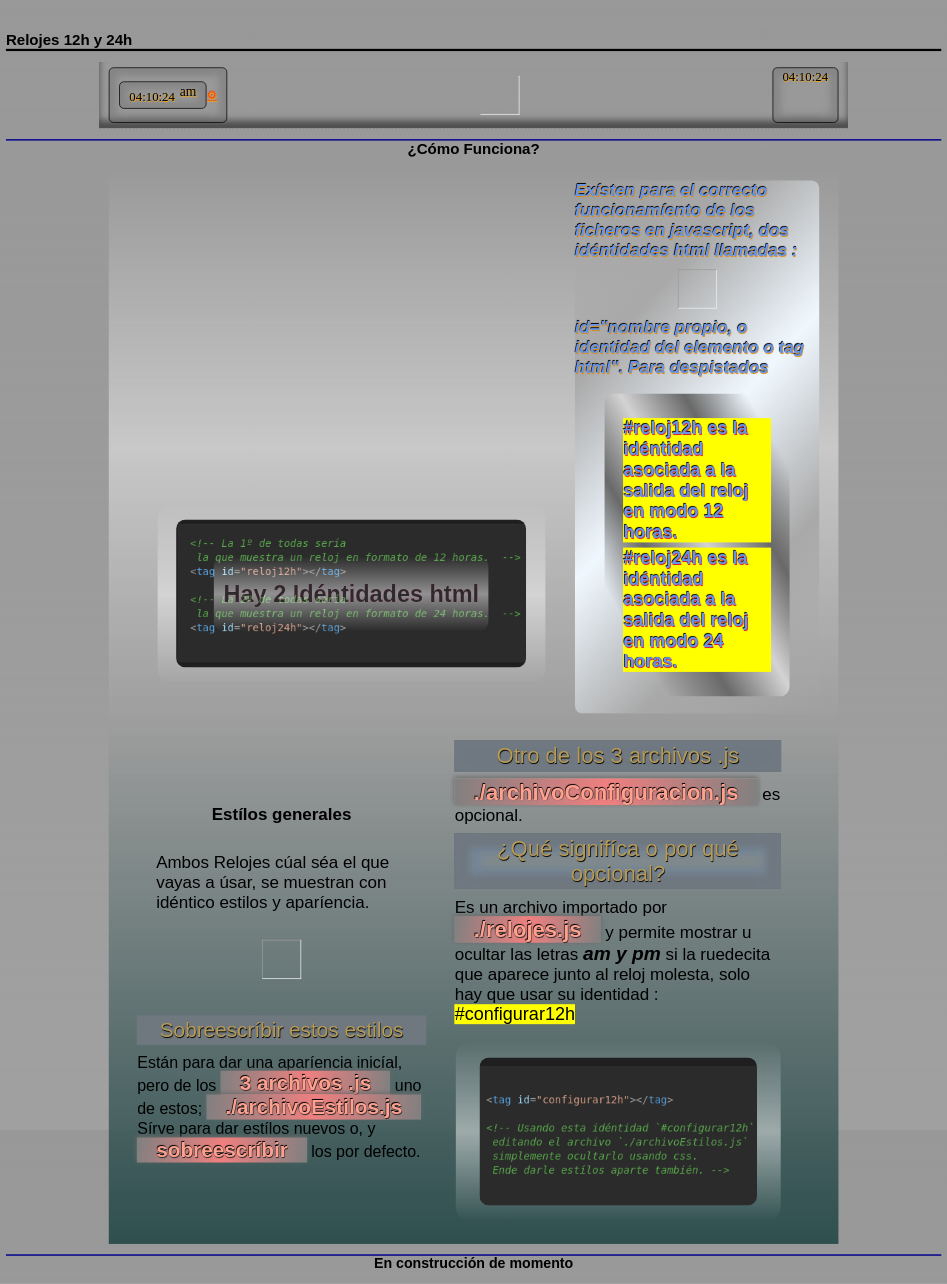
Repository: marcostonfor/clocks
Page: index.html
These files come from the project's save history. The page is drawn as it stood at one moment and after the next save; the edit follows.
The browser window is 1280 px wide. The pictures show the whole page, at 74% of full size.
Some web fonts or font styles are not loaded; a fallback is used.

Above is the page before, as saved 2024-09-19 04:26:26.

### index.html
<!DOCTYPE html>
<html lang="ca-ES, en-US">

<head>
    <meta charset="utf-8">
    <meta name="viewport" content="width=device-width, initial-scale=1">
    <title>relojes</title>
    <style>
        @import url('https://fonts.cdnfonts.com/css/nahista');
        @import url('https://fonts.cdnfonts.com/css/i-ichimaru');
        * {
            box-sizing: border-box;
            font-size: calc(1em * 1.062);
        }

        :root {
           --font-size-standard: calc(1em * 1.30);
        }

        body {
            background-image: repeating-linear-gradient(0deg, hsla(0, 0%, 41%, 0.63) 12%, hsla(0, 0%, 0%, 0.404));
            /* font-family: 'i Ichimaru', sans-serif; */
            font-family: 'Nahista', sans-serif;
        }

        h1 {
            margin-top: 6vh;
            border-bottom: 0.3vw solid black;
        }

        #dosRelojes {
            width: 80%;
            height: auto;
            margin: 2vh auto;
            padding: 1vh 1vw;
            display: flex;
            border-bottom: 0.1vw dashed gray;
            /* box-shadow: inset -0.2vh 0 06px hsl(41, 100%, 50%); */
            box-shadow: inset 0 -10px 10px rgba(0, 0, 0, 0.5);
        }

        summary::marker {
            content: none !important;
        }

        summary {
            cursor: pointer !important;
            color: orangered;
            text-decoration: underline;
            margin: 0.5vh auto;
            font-size: 12pt;
        }

        #caja12h {
            display: flex;
            align-items: center;
            justify-content: stretch;
        }

        hr {
            padding: 2vw;
            width: 3vw;
            height: 2vh !important;
        }

        h2 {
            text-align: center;
            margin-top: 2vh;
            border-top: 0.2vw solid darkblue;
        }

        #identidades_principales {
            display: flex;
            justify-content: space-around;
            align-items: last baseline;
            padding: 2vh 2vw;
            width: 78%;
            margin: auto auto;
            background-image: repeating-linear-gradient(0deg, transparent, hsla(0, 0%, 96%, 0.5), transparent);
            border-radius: 0.755vw;
        }

        .conFoto figure {
            position: relative;
            display: flex;
            align-items: center;
            justify-content: center;
            background-image: repeating-linear-gradient(0deg, transparent, hsla(0, 0%, 96%, 0.5), transparent);
            padding: 3vh 2vw;
            border-radius: 1.6vw;
        }

        .conFoto figure img {
            border-radius: 1vw;
        }

        .conFoto figure figcaption {
            padding: 0vh 1vw;
            position: absolute;
            border-radius: 1vw;
            text-shadow: 0 0 1px hotpink;
            font-size: var(--font-size-standard);
            background-image: repeating-linear-gradient(0deg, transparent, hsla(0, 0%, 96%, 0.5), transparent);
            mix-blend-mode: screen;
        }

        .conFoto p {
            width: 85%;
            margin: 2vh auto;
        }

        .conTexto {
            width: fit-content;
            height: auto;
            color: cornflowerblue;
            font-weight: bold;
            text-shadow: 0.1vh 0.1vw 1px rgb(220, 140, 20), -0.1vh -0.1vw 1px hsl(0, 0%, 0%);
            background-image: repeating-linear-gradient(132deg, transparent, darkgray, aliceblue, darkgray, transparent);
            border-radius: 0.8vw;
        }

        .conTexto blockquote {
            padding: 2vw;
            border-radius: 1vw;
            background-image: linear-gradient(-120deg, transparent 12%, dimgray, lightgray, dimgray, transparent, transparent);
        }

        .conTexto blockquote mark {
            text-shadow: 0.1vh 0.1vw 1px rgb(220, 20, 60), -0.1vh -0.1vw 1px black;
            color: cornflowerblue !important;
            display: block;
            margin: 1vh auto;
        }

        #estilos_generales {
            width: 78%;
            margin: auto auto;
            padding: 1vh 3vw;
            display: flex;
            justify-content: space-around;
            align-items: center;
            background-image: repeating-linear-gradient(0deg, darkslategray, transparent);

        }

        #estilos_generales article h3 {
            text-align: center;
            width: fit-content;
            margin: 3vh auto;
        }

        #textoGeneral {
            padding: 2vh 2vw;
            width: fit-content;
            /* border: 0.2vw solid black; */
            overflow: hidden;
        }

        .hache3 {
            display: block !important;
            text-align: center;
            margin: 1.5vh auto;
            padding: 0.6vh 0vw;
            font-family: 'Nahista', sans-serif;
            font-weight: lighter;
            font-size: var(--font-size-standard);
            color: hsl(43, 39%, 53%);
            text-shadow: 0.1vh 0.1vw 1px black;
            box-shadow: inset 0 0 10px 21px hsla(0, 0%, 41%, 0.5), inset 1vh 0vw 10px 31px hsl(210, 14%, 53%);
        }

        .code_md {
            font-weight: bolder;
            font-size: var(--font-size-standard);
            background-image: repeating-linear-gradient(98deg, gray, hsl(0, 79%, 72%), gray);
            padding: 0.2vh 2vw;
            color: hsl(9, 100%, 78%);
            text-shadow: 0.1vh 0.1vw 1px hsl(0, 0%, 18%), -0.1vh -0.1vw 1px hsl(0, 0%, 0%);
            box-shadow: 0 -1.6px 6px dimgray;
            margin: 1vh auto !important;
        }
    </style>
</head>

<body>
    <header>
        <h1>Relojes 12h y 24h</h1>
        <aside id="dosRelojes">
            <div id="caja12h">
                <div id="reloj12h"></div>
            </div>
            <hr>
            <div id="reloj24h"></div>
        </aside>
        <nav></nav>
    </header>
    <main>
        <h2>¿Cómo Funciona?</h2>
        <section id="identidades_principales">
            <article class="conFoto">
                <figure>
                    <img src="./img/identidadesPrincipales.png" alt="foto de las id principales">
                    <figcaption>
                        <h3>Hay 2 Idéntidades html</h3>
                    </figcaption>
                </figure>
            </article>
            <article class="conTexto">
                <cite>Exísten para el correcto funcionamíento de los ficheros en javascript, dos idéntidades html
                    llamadas :</cite>
                <hr /><cite>id="nombre propio, o identidad del elemento o tag html". Para despistados</cite>
                <blockquote>
                    <mark>#reloj12h es la idéntidad asociada a la salida del reloj en modo 12 horas.</mark>

                    <mark>#reloj24h es la idéntidad asociada a la salida del reloj en modo 24 horas.</mark>
                </blockquote>
            </article>
        </section>
        <section id="estilos_generales">
            <article>
                <h3>Estílos generales</h3>
                <p id="textoGeneral">
                    Ambos Relojes cúal séa el que vayas a úsar, se muestran con idéntico estilos y aparíencia. <br>
                    <hr><br><strong class="hache3">Sobreescríbir estos estilos</strong>
                    Están para dar una aparíencia inicíal, <br> pero de los <span class="code_md">3 archivos .js</span>
                    uno de estos;

                    <span class="code_md">./archivoEstilos.js</span> Sírve para dar estílos nuevos o, y <span
                        class="code_md">sobreescríbir</span> los por defecto.
                </p>
            </article>
            <article class="conFoto">
                <p><strong class="hache3">Otro de los 3 archivos .js</strong>

                    <span class="code_md">./archivoConfiguracion.js</span> es opcional.

                    <strong class="hache3">¿Qué signifíca o por qué opcional?</strong>
                    Es un archivo importado por <span class="code_md">./relojes.js</span> y permite mostrar u ocultar las letras <em><strong>am y pm</strong></em>
                    si la ruedecita que aparece junto al reloj molesta, solo hay que usar su identidad : <mark>#configurar12h</mark>
                </p>
                <figure>
                    <img src="./img/fotoDetails12h.png" alt="foto de las id principales">
                    <figcaption>
                        <!-- <h3>Hay 2 Idéntidades html</h3> -->
                    </figcaption>
                </figure>

            </article>
        </section>
    </main>
    <h2>En construcción de momento</h2>
    <script type="module" src="./relojes.js"></script>
</body>

</html>

<!--<p>Este es un texto con un <span style="font-size: 125%;">texto 25% más grande</span> que el resto.</p>
-->

### relojes.js

import { estilosPersonales } from './archivoEstilos.js';
import { conf12h } from './archivoConfiguracion.js';
function laHora() {
	const Reloj = class {
		constructor(formato, salida) {
			this.ahora = new Date();
			this.reloj = {
				hora: this.ahora.getHours(),
				minuto: this.ahora.getMinutes(),
				segundo: this.ahora.getSeconds()
			};
			this._formato = formato;
			this._salida = salida;
		}

		get formato() {
			return this._formato;
		}

		get salida() {
			return this._salida;
		}

		set formato(horaActual) {
			this._formato = horaActual;
		}

		set salida(output) {
			this._salida = output;
		}

		anyadirCero(formatear) {
			return formatear <= 9 ? "0" + formatear : formatear;
		}

		_12h() {
			let horas = this.reloj.hora % 12;
			if (horas === 0) horas = 12;
			const amOpm = this.reloj.hora >= 12 ? "pm" : "am";
			this._formato = `${this.anyadirCero(horas)}:${this.anyadirCero(this.reloj.minuto)}:${this.anyadirCero(this.reloj.segundo)}<sup>${amOpm}</sup>`;
			return this._formato;
		}

		_24h() {
			this._formato = `${this.anyadirCero(this.reloj.hora)}:${this.anyadirCero(this.reloj.minuto)}:${this.anyadirCero(this.reloj.segundo)}`;
			return this._formato;
		}
	};

	const laSalida = () => {
		const salida = document.getElementById("reloj12h");
		const salida24h = document.getElementById("reloj24h");
		const doceHoras = new Reloj();
	//	salida.innerHTML = doceHoras._12h();
	//	salida24h.innerHTML = doceHoras._24h();

 // Verifica si existe el elemento #reloj12h
 if (salida) {
	salida.innerHTML = doceHoras._12h();
	conf12h(); // Llamada a la función conf12h() si el elemento existe
}

// Verifica si existe el elemento #reloj24h
if (salida24h) {
	salida24h.innerHTML = doceHoras._24h();
}


	function estiloscss(estilosPersonales) {

		const estils = document.createElement('STYLE');
		estils.textContent = `
* {
    box-sizing: border-box;
}

div {
    text-align: center;
    width: fit-content;
    border: 0.1vw solid black;
    font-size: 13pt;
    padding: 0.5vh 1vw;
    box-shadow: inset 0 0 10px 10px hsla(0, 0%, 41%, 0.397);
    font-family: 'Comic Sans MS';
    color: black;
    text-shadow: 0.1vh 0.1vw 1px orange;
    border-radius: 0.5vw;
}


sup {
    margin-left: 0.5vw !important;
}
	`;
		if (estilosPersonales) {
			estils.textContent += estilosPersonales;
		}


		document.head.appendChild(estils);
}

	// Llamada a la función con estilos adicionales
	estiloscss(estilosPersonales);


	};

// estiloscss();
return setInterval(laSalida, 1000);
}
laHora();

### archivoEstilos.js
export const estilosPersonales = `

    `;

### archivoConfiguracion.js
export function conf12h() {
    const config = document.createElement('DETAILS');
    const summary = document.createElement('SUMMARY');
    summary.innerHTML = `&#9881;`;
    config.appendChild(summary);

    // Verificar si el checkbox ya existe
    if (!document.getElementById('miCheckbox')) {
        const checkbox = document.createElement('input');
        checkbox.type = 'checkbox';
        checkbox.id = 'miCheckbox';
        checkbox.checked = true; // Mostrar <sup> por defecto

        const label = document.createElement('label');
        label.htmlFor = 'miCheckbox'; // Asegúrate de que coincida con el id del checkbox
        label.textContent = 'Ver "am" "pm"';

        // Crear un elemento <style> para manejar la visibilidad de <sup>
        let estils = document.getElementById('dynamicStyles');
        if (!estils) {
            estils = document.createElement('style');
            estils.id = 'dynamicStyles';
            document.head.appendChild(estils);
        }

        // Función para actualizar el estilo de <sup>
        const updateSupVisibility = () => {
            if (checkbox.checked) {
                estils.textContent = `
                    sup {
                        display: inline !important;
                    }
                `;
            } else {
                estils.textContent = `
                    sup {
                        display: none !important;
                    }
                `;
            }
        };

        // Inicializar el estilo de <sup>
        updateSupVisibility();

        // Agregar un evento al checkbox para alternar la visibilidad de <sup>
        checkbox.addEventListener('change', updateSupVisibility);

        const mostrarConfiguracion = document.getElementById('caja12h');
        // Agregar el checkbox y el label al cuerpo del documento
        label.appendChild(checkbox);
        config.appendChild(label);
        mostrarConfiguracion.appendChild(config);
    }
}

After the next save:
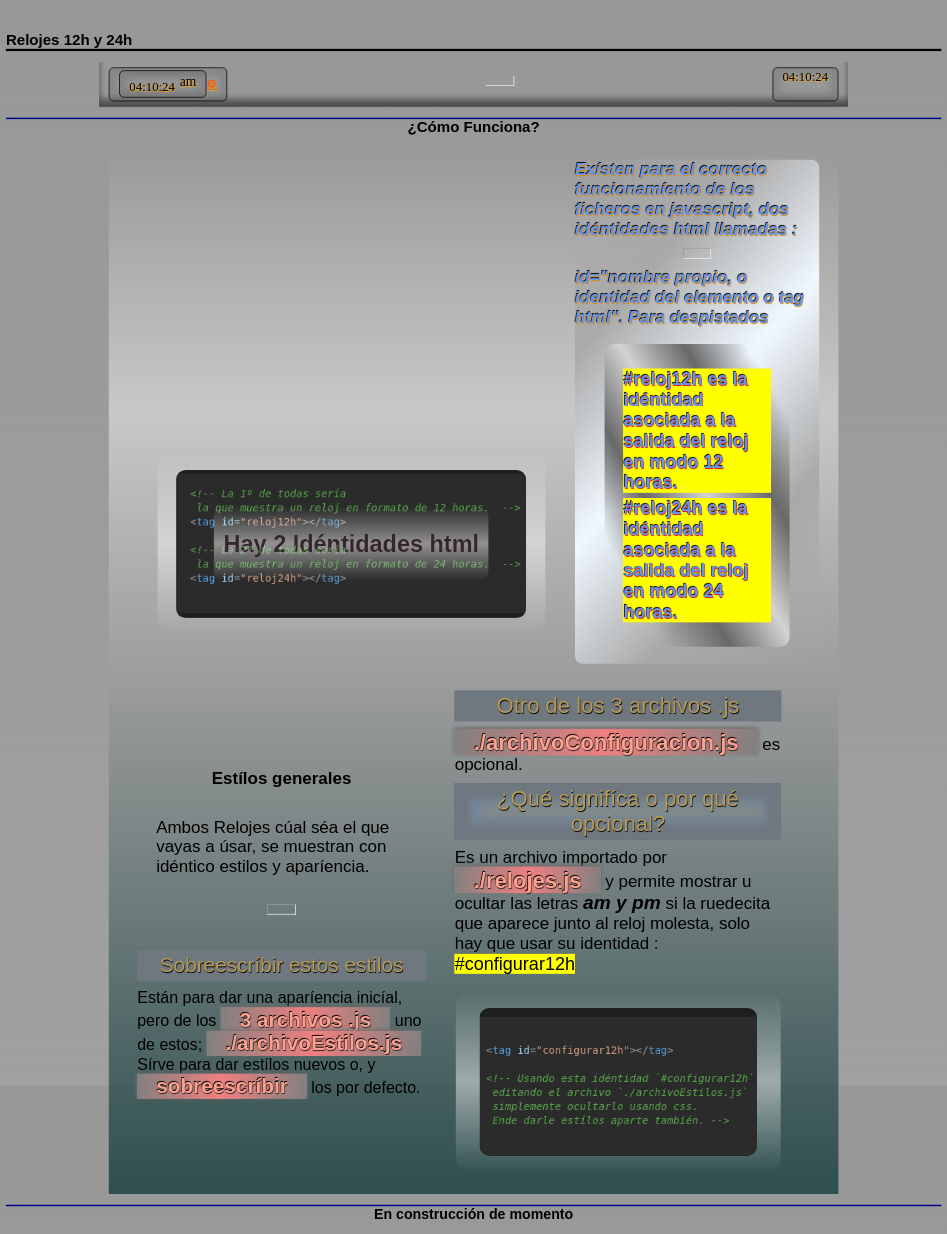
Saved 8 s later.
--- a/index.html
+++ b/index.html
@@ -58,7 +58,6 @@
         }
 
         hr {
-            padding: 2vw;
             width: 3vw;
             height: 2vh !important;
         }
